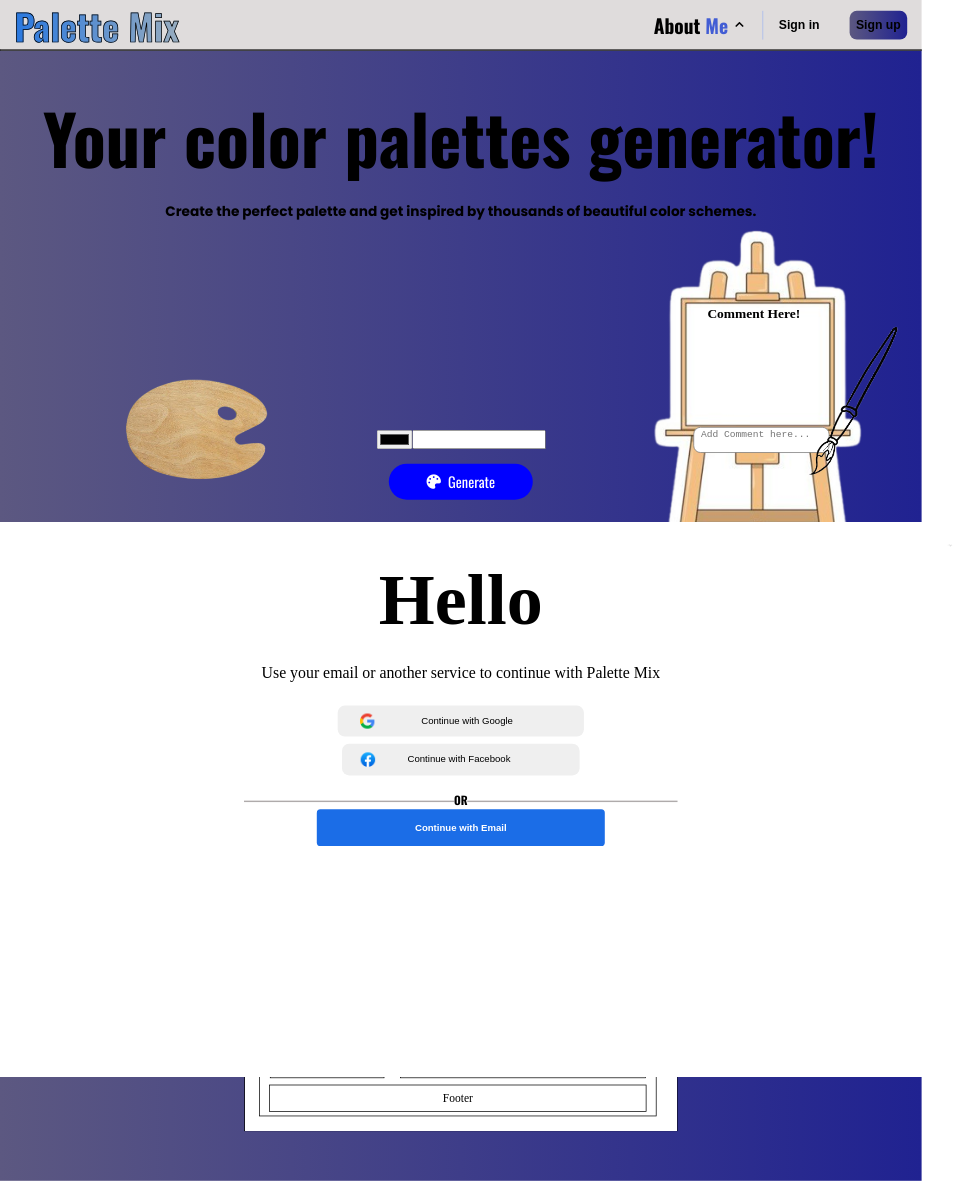
Repository: dmpelaez/Login-Signup-form
Page: Color/colorHeader.html
An editor plug-in stored every save of this project. The page is shown before and after a run of saves, followed by the edit.
The browser window is 1280 px wide. The page is 1353 px wide, so the pictures cover 1353 px, including what lies to the right of the window. The pictures show the whole page, at 72% of full size.
Some web libraries are served in a nearby version.

Above is the page before, as saved 2025-12-13 08:00:37.

After the next 5 saves:
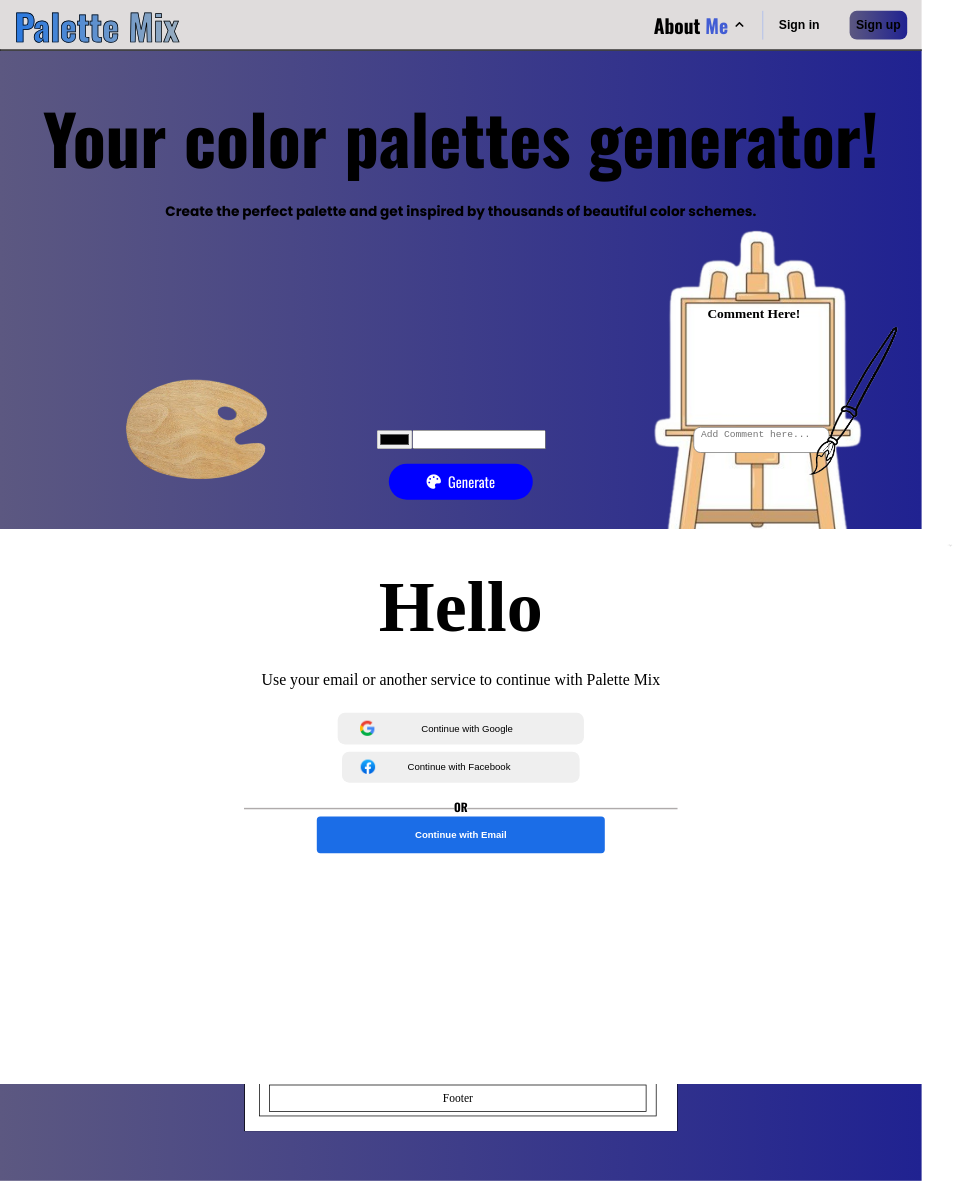
The 5 saves are shown as one change because they came seconds apart.
The last was saved 16 s later.
--- a/Color/colorMain.css
+++ b/Color/colorMain.css
@@ -666,8 +666,8 @@ background-color: white;
 
 .signinPage {
   position: absolute;
-  top: 1050%;
-  ;
+  top: 1065%;
+
   height: 100vh;
   left: 0;
   right: 0;
